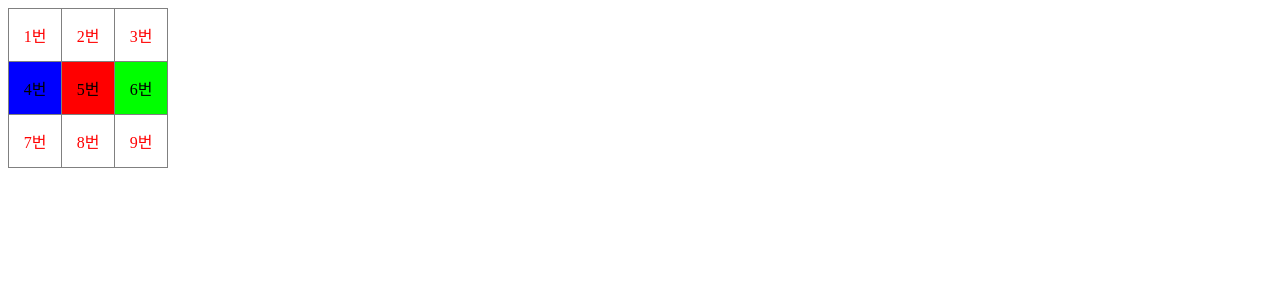
Repository: chaejunho689/bitcamp
Page: jQuery/src/main/webapp/06_jQueryDOM/exam01.html
The author's editor kept a copy of each file at every save. The page is drawn from the files as they stood at one save, then again after a run of saves.
The browser window is 1280 px wide. The pictures show the whole page.

Above is the page before, as saved 2024-08-26 03:26:33.

After the next 2 saves:
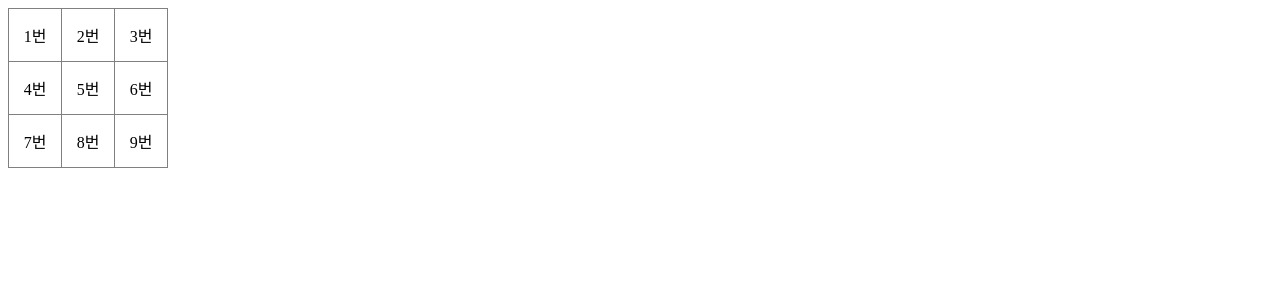
Console error: SyntaxError: Unexpected token '.'
The 2 saves are shown as one change because they came seconds apart.
The last was saved 10 s later.
--- a/jQuery/src/main/webapp/06_jQueryDOM/exam01.html
+++ b/jQuery/src/main/webapp/06_jQueryDOM/exam01.html
@@ -43,7 +43,7 @@
 	$('td').eq(4).parent().css('background', '#ffffff');
 	$('td').eq(4).parent().next().css('color', '#ff0000');
 	$('td').eq(4).parent().prev().css('color', '#ff0000');
-	$('td').eq(4).parent().prev().css('color', '#ff0000');
+	$('td').eq(4).parent().next()..css('color', '#ff0000');
 });
 </script>
 </body>

After the save that followed:
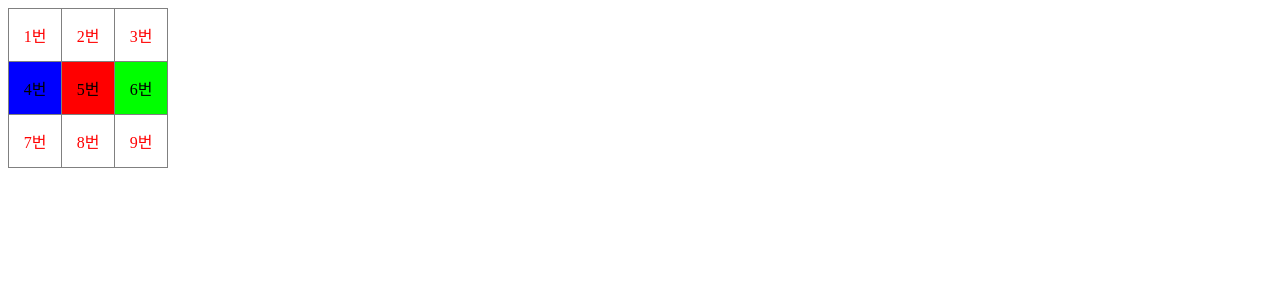
Console error: TypeError: $(...).eq(...).parent(...).next(...).childeren is not a function
Saved 32 s later.
--- a/jQuery/src/main/webapp/06_jQueryDOM/exam01.html
+++ b/jQuery/src/main/webapp/06_jQueryDOM/exam01.html
@@ -43,7 +43,7 @@
 	$('td').eq(4).parent().css('background', '#ffffff');
 	$('td').eq(4).parent().next().css('color', '#ff0000');
 	$('td').eq(4).parent().prev().css('color', '#ff0000');
-	$('td').eq(4).parent().next()..css('color', '#ff0000');
+	$('td').eq(4).parent().next().childeren().css('color', '#ff0000');
 });
 </script>
 </body>
